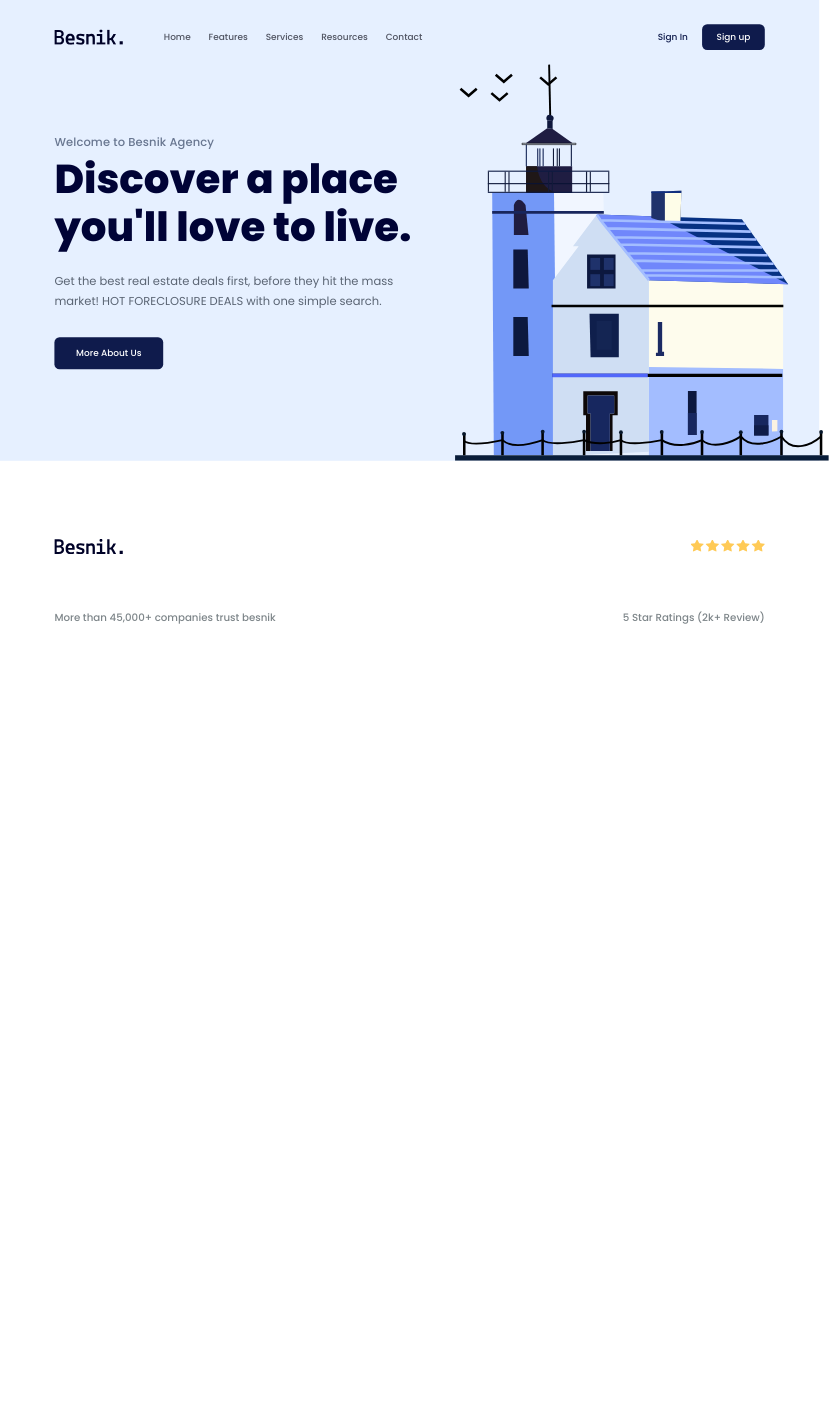
Repository: jessicapaa/F8-Project-01
Page: index.html
An editor plug-in stored every save of this project. The page is shown before and after the next save, followed by the edit.
The browser window is 1280 px wide. The page is 1295 px wide, so the pictures cover 1295 px, including what lies to the right of the window. The pictures show the whole page, at 64% of full size.

Above is the page before, as saved 2024-03-08 09:19:58.

### index.html
<!DOCTYPE html>
<html lang="en">

<head>
    <meta charset="UTF-8">
    <meta name="viewport" content="width=device-width, initial-scale=1.0">
    <title>F8-Project-01</title>
    <link rel="stylesheet" href="./assets/css/reset.css">
    <link rel="stylesheet" href="./assets/fonts/stylesheet.css">
    <link rel="stylesheet" href="./assets/css/styles.css">
</head>

<body>
    <!-- main -->
    <main style="height: 2200px;">

        <!-- header -->
        <header class="header">
            <div class="content">
                <nav class="navbar">
                    <!-- logo -->
                    <img src="./assets/img/logo.svg" alt="Besnik.">

                    <!-- navigation -->
                    <ul>
                        <li><a href="#!">Home</a></li>
                        <li><a href="#!">Features</a></li>
                        <li><a href="#!">Services</a></li>
                        <li><a href="#!">Resources</a></li>
                        <li><a href="#!">Contact</a></li>
                    </ul>

                    <!-- Action -->
                    <div class="actions">
                        <a href="#!" class="action-link">Sign In</a>
                        <a href="#!" class="btn action-btn">Sign up</a>
                    </div>
                </nav>
                <div class="hero">
                    <!-- info  -->
                    <div class="info">
                        <p class="sub-title">Welcome to Besnik Agency</p>
                        <h1 class="title">
                            Discover a place you'll love to live.
                        </h1>
                        <p class="desc">Get the best real estate deals first,
                            before they hit the mass market! HOT FORECLOSURE DEALS with one simple search.</p>
                        <a href="#!" class="btn hero-btn">More About Us</a>
                    </div>

                    <!-- img  -->
                    <img src="./assets/img/hero-img.svg" class="hero-img" alt="Discover a place you'll love to live.">
                </div>
            </div>
        </header>
        <!-- Clients -->
        <div class="clients">
            <div class="content">
                <div class="row">
                    <img src="./assets/img/logo.svg" alt="Besnik.">

                    <!-- Stars -->
                    <div class="stars">
                        <img src="./assets/img/Star.svg" alt="Stars">
                    </div>
                </div>
                <div class="row">
                    <p class="desc">More than 45,000+ companies trust besnik</p>
                    <p class="desc">5 Star Ratings (2k+ Review)</p>
                </div>
            </div>
        </div>
    </main>
</body>

</html>

### assets/fonts/stylesheet.css
@font-face {
    font-family: "Poppins";
    src: url("Poppins/Poppins-BlackItalic.woff2") format("woff2"),
        url("Poppins/Poppins-BlackItalic.woff") format("woff");
    font-weight: 900;
    font-style: italic;
    font-display: swap;
}

@font-face {
    font-family: "Poppins";
    src: url("Poppins/Poppins-Black.woff2") format("woff2"),
        url("Poppins/Poppins-Black.woff") format("woff");
    font-weight: 900;
    font-style: normal;
    font-display: swap;
}

@font-face {
    font-family: "Poppins";
    src: url("Poppins/Poppins-BoldItalic.woff2") format("woff2"),
        url("Poppins/Poppins-BoldItalic.woff") format("woff");
    font-weight: bold;
    font-style: italic;
    font-display: swap;
}

@font-face {
    font-family: "Poppins";
    src: url("Poppins/Poppins-ExtraBold.woff2") format("woff2"),
        url("Poppins/Poppins-ExtraBold.woff") format("woff");
    font-weight: bold;
    font-style: normal;
    font-display: swap;
}

@font-face {
    font-family: "Poppins";
    src: url("Poppins/Poppins-ExtraBoldItalic.woff2") format("woff2"),
        url("Poppins/Poppins-ExtraBoldItalic.woff") format("woff");
    font-weight: bold;
    font-style: italic;
    font-display: swap;
}

@font-face {
    font-family: "Poppins";
    src: url("Poppins/Poppins-ExtraLight.woff2") format("woff2"),
        url("Poppins/Poppins-ExtraLight.woff") format("woff");
    font-weight: 200;
    font-style: normal;
    font-display: swap;
}

@font-face {
    font-family: "Poppins";
    src: url("Poppins/Poppins-ExtraLightItalic.woff2") format("woff2"),
        url("Poppins/Poppins-ExtraLightItalic.woff") format("woff");
    font-weight: 200;
    font-style: italic;
    font-display: swap;
}

@font-face {
    font-family: "Poppins";
    src: url("Poppins/Poppins-Light.woff2") format("woff2"),
        url("Poppins/Poppins-Light.woff") format("woff");
    font-weight: 300;
    font-style: normal;
    font-display: swap;
}

@font-face {
    font-family: "Poppins";
    src: url("Poppins/Poppins-Italic.woff2") format("woff2"),
        url("Poppins/Poppins-Italic.woff") format("woff");
    font-weight: normal;
    font-style: italic;
    font-display: swap;
}

@font-face {
    font-family: "Poppins";
    src: url("Poppins/Poppins-Medium.woff2") format("woff2"),
        url("Poppins/Poppins-Medium.woff") format("woff");
    font-weight: 500;
    font-style: normal;
    font-display: swap;
}

@font-face {
    font-family: "Poppins";
    src: url("Poppins/Poppins-MediumItalic.woff2") format("woff2"),
        url("Poppins/Poppins-MediumItalic.woff") format("woff");
    font-weight: 500;
    font-style: italic;
    font-display: swap;
}

@font-face {
    font-family: "Poppins";
    src: url("Poppins/Poppins-LightItalic.woff2") format("woff2"),
        url("Poppins/Poppins-LightItalic.woff") format("woff");
    font-weight: 300;
    font-style: italic;
    font-display: swap;
}

@font-face {
    font-family: "Poppins";
    src: url("Poppins/Poppins-Regular.woff2") format("woff2"),
        url("Poppins/Poppins-Regular.woff") format("woff");
    font-weight: normal;
    font-style: normal;
    font-display: swap;
}

@font-face {
    font-family: "Poppins";
    src: url("Poppins/Poppins-SemiBold.woff2") format("woff2"),
        url("Poppins/Poppins-SemiBold.woff") format("woff");
    font-weight: 600;
    font-style: normal;
    font-display: swap;
}

@font-face {
    font-family: "Poppins";
    src: url("Poppins/Poppins-SemiBoldItalic.woff2") format("woff2"),
        url("Poppins/Poppins-SemiBoldItalic.woff") format("woff");
    font-weight: 600;
    font-style: italic;
    font-display: swap;
}

@font-face {
    font-family: "Poppins";
    src: url("Poppins/Poppins-Thin.woff2") format("woff2"),
        url("Poppins/Poppins-Thin.woff") format("woff");
    font-weight: 100;
    font-style: normal;
    font-display: swap;
}

@font-face {
    font-family: "Poppins";
    src: url("Poppins/Poppins-ThinItalic.woff2") format("woff2"),
        url("Poppins/Poppins-ThinItalic.woff") format("woff");
    font-weight: 100;
    font-style: italic;
    font-display: swap;
}

### assets/css/styles.css
* {
    box-sizing: border-box;
}
html {
    font-size: 62.5%;
}
:root {
    --primary-color: #0f1b4c;
}
body {
    font-size: 1.6rem;
    /* font-family: ; */
    font-family: "Poppins";
}
/* common */
.content {
    width: 1110px;
    max-width: calc(100% - 48px);
    margin-left: auto;
    margin-right: auto;
}

a {
    text-decoration: none;
}

.btn {
    display: inline-block;
    min-width: 98px;
    background: var(--primary-color);
    border-radius: 8px;
    font-size: 1.4rem;
    font-weight: 500;
    text-align: center;
    color: #fff;
    padding: 18px 16px;
}
.btn:hover {
    opacity: 0.9;
}

/* css header */
.header {
    height: 100vh;
    background: #e6f0ff;
    position: relative;
}

.navbar {
    display: flex;
    align-items: center;
    padding-top: 38px;
}

.navbar ul {
    display: flex;
    margin-left: 50px;
}

.navbar .actions {
    margin-left: auto;
}

.navbar ul a {
    font-weight: 500;
    font-size: 1.4rem;
    color: #4f5361;
    padding: 8px 14px;
}

.navbar .action-link {
    font-weight: 500;
    font-size: 1.4rem;
    color: var(--primary-color);
}

.navbar .action-btn {
    padding: 13px 16px;
    margin-left: 18px;
}

/* css hero */

.hero {
    margin-top: 130px;
}
.hero .info {
    width: 51%;
}

.hero .sub-title {
    color: #687690;
    font-size: 1.8rem;
    font-weight: 500;
    line-height: 1.5;
    letter-spacing: 0.018rem;
}

.hero .title {
    margin-top: 8px;
    font-weight: 700;
    font-size: 6.3rem;
    line-height: 1.19; /* 118.75% */
    color: #000336;
}

.hero .desc {
    margin-top: 30px;
    color: #5a6473;
    font-size: 1.8rem;
    font-weight: 400;
    line-height: 3.2rem; /* 177.778% */
    transform: capitalize;
}
.hero-btn {
    margin-top: 40px;
    min-width: 17rem;
    text-align: center;
}
.hero-img {
    position: absolute;
    right: calc((100vw - 1110px) / 2 - 100px);
    bottom: 0;
}

/* Clients */

.clients {
    margin-top: 122px;
}
.clients .row {
    display: flex;
    align-items: center;
    justify-content: space-between;
}
.clients .desc {
    font-weight: 500;
    font-size: 1.6rem;
    line-height: 12.5;
    color: #7d8589;
}

Loaded but not shown: assets/css/reset.css (common file)

After the next save:
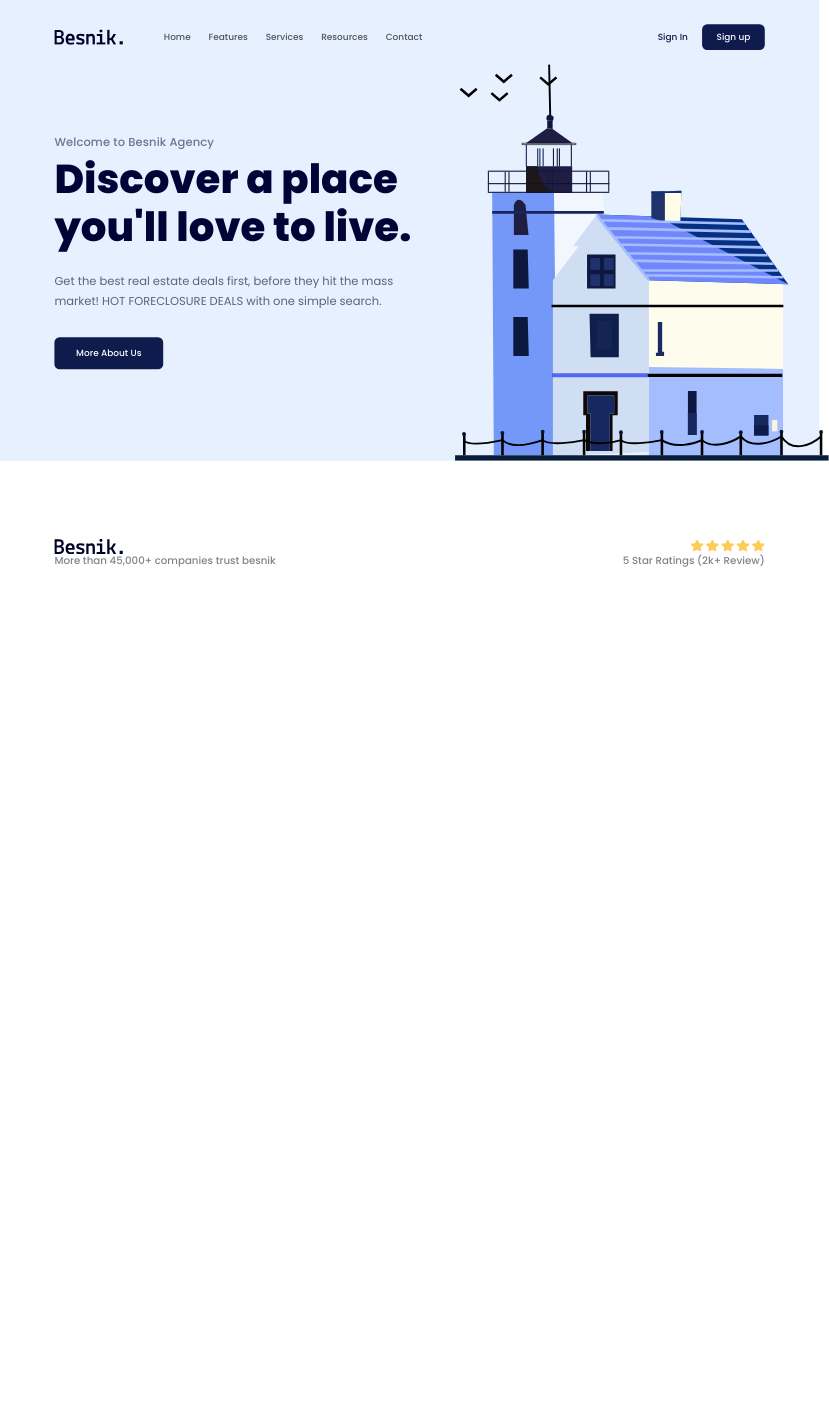
Saved 10 s later.
--- a/assets/css/styles.css
+++ b/assets/css/styles.css
@@ -136,6 +136,6 @@ a {
 .clients .desc {
     font-weight: 500;
     font-size: 1.6rem;
-    line-height: 12.5;
+    line-height: 1.25;
     color: #7d8589;
 }
